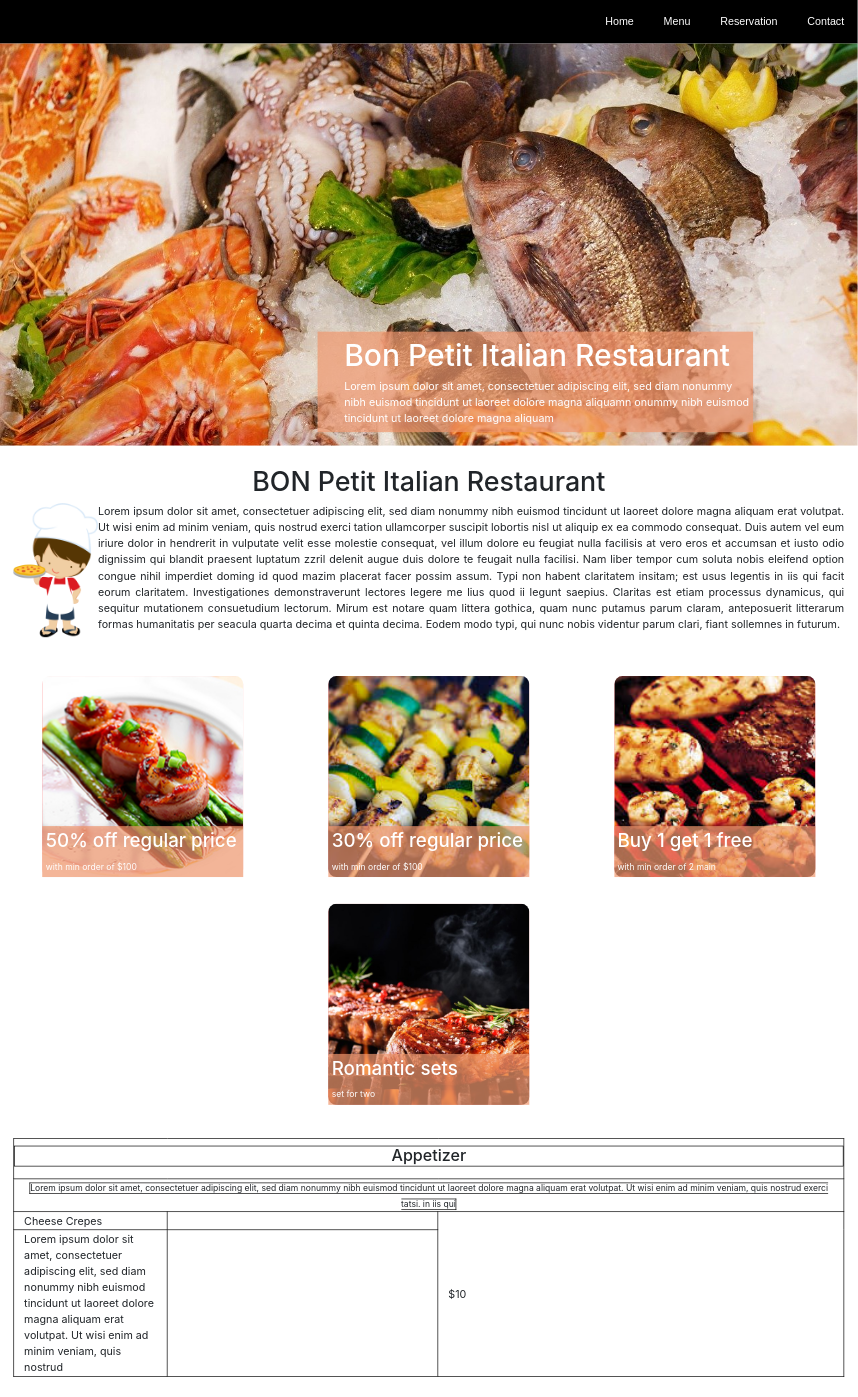
Repository: 4forces/HTML-CSS-LESSON
Page: lesson04-Mock-up-restaurant-tables/mock-up-project.html
The author's editor kept a record of every edit. The page is drawn from the files as they stood at one moment, then again after the next edit.
The browser window is 1280 px wide. The pictures show the whole page, at 67% of full size.

Above is the page before.

After the next edit:
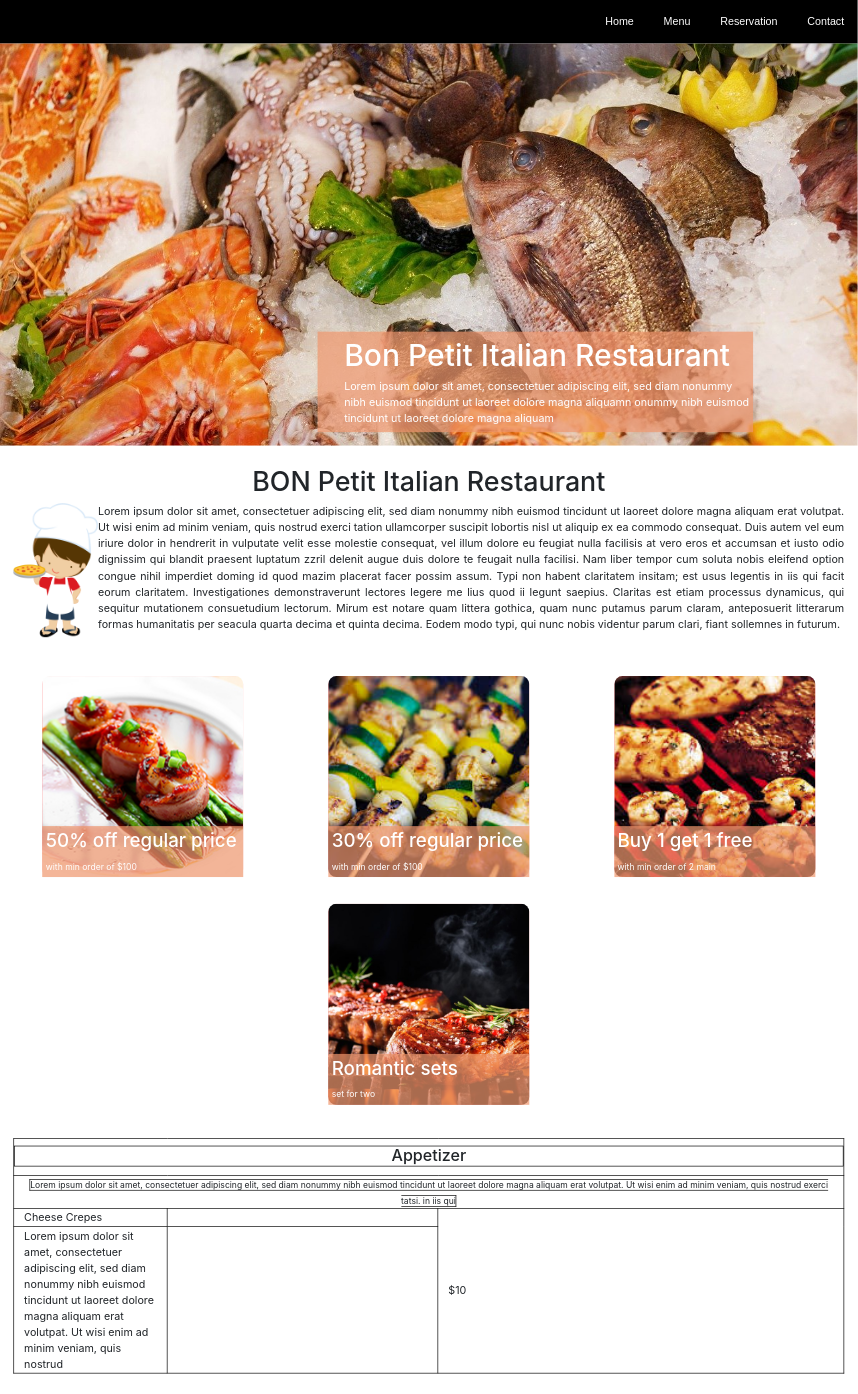
The edit:
--- a/lesson04-Mock-up-restaurant-tables/mock-up-project.html
+++ b/lesson04-Mock-up-restaurant-tables/mock-up-project.html
@@ -97,8 +97,9 @@
     <div id="section-menu">
         <table>
             <!--header-->
+            <thead>
             <tr>
-                <td colspan='3' class='col-1' style='text-align:center; padding: 10px 0; '><h4>Appetizer</h4></td>
+                <td colspan='3' class='col-1' style='text-align:center; padding: 10px 0px 5px; '><h4>Appetizer</h4></td>
             </tr>
             <!--description-->
             <tr>
